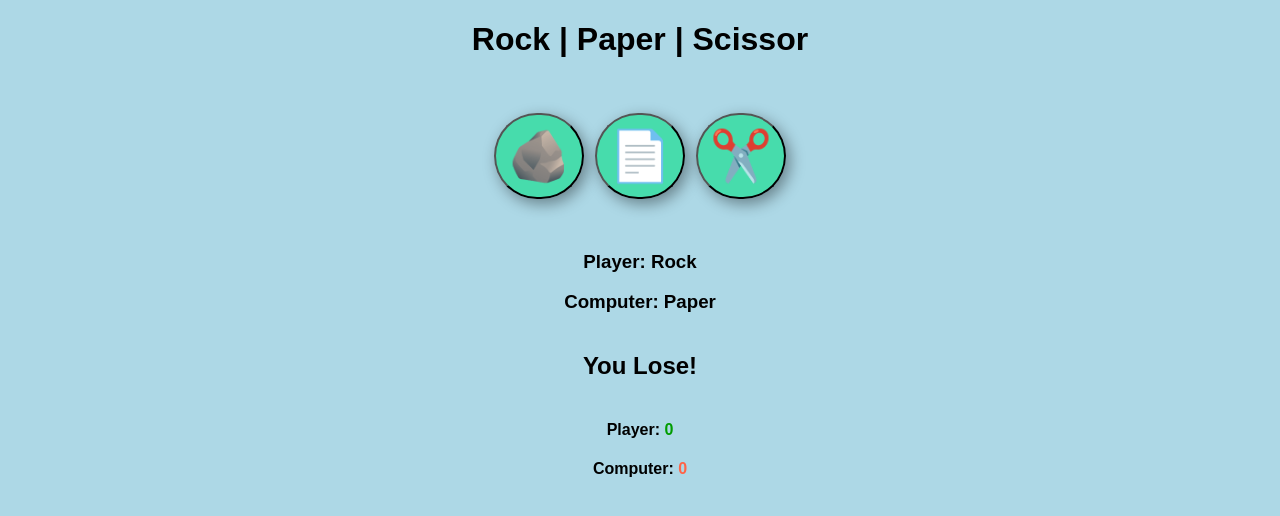
Repository: SakthivelDurai47/Rock-Paper-Sissors
Page: index.html
These files come from the project's save history. The page is drawn as it stood at one moment and after the next save; the edit follows.
The browser window is 1280 px wide. The pictures show the whole page.
After loading, the first visible `button` was clicked once.

Above is the page before, as saved 2025-04-14 23:08:37.

### index.html
<!DOCTYPE html>
<html lang="en">
  <head>
    <meta charset="UTF-8" />
    <meta name="viewport" content="width=device-width, initial-scale=1.0" />
    <title>Rock, Paper, Scissor</title>
    <meta name="aurthor" content="Sakthivel Durai S" />
    <link rel="stylesheet" href="styles.css" />
  </head>
  <body>
    <h1>Rock | Paper | Scissor</h1>
    <div id="choice">
      <button onclick="playGame('Rock')">🪨</button>
      <button onclick="playGame('Paper')">📄</button>
      <button onclick="playGame('Scissor')">✂️</button>
    </div>
    <div id="info">
      <h3 id="playerInfo">Player:</h3>
      <h3 id="computerInfo">Computer:</h3>
    </div>
    <h2 id="result">YO</h2>
    <div id="scores">
      <h4>Player: <span id="scorePlr">0</span></h4>
      <h4>Computer: <span id="scoreCum">0</span></h4>
    </div>
    <script src="index.js"></script>
  </body>
</html>

### styles.css
body {
  margin: 0;
  font-family: Arial, sans-serif;
  display: flex;
  flex-direction: column;
  align-items: center;
  text-align: center;
  background-color: lightblue;
}
#choice {
  margin: 30px;
}
button {
  border-radius: 300px;
  font-size: 50px;
  padding: 12px;
  margin: 3px;
  background-color: hsla(160, 70%, 55%, 0.9);
  box-shadow: 4px 5px 15px rgba(0, 3, 3, 0.4);
  transition: background-color 0.5s ease;
  cursor: pointer;
}
button:hover {
  background-color: turquoise;
  scale: 110%;
}

#scorePlr {
  color: rgb(0, 156, 0);
}

#scoreCum {
  color: tomato;
}
.greenText {
  color: rgb(0, 156, 0);
}
.redText {
  color: tomato;
}

### index.js
const choices = ["Rock", "Paper", "Scissor"];
const playerInfo = document.getElementById("playerInfo");
const computerInfo = document.getElementById("computerInfo");
const result = document.getElementById("result");
const scoreCom = document.getElementById("scoreCum");
const scorePlr = document.getElementById("scorePlr");

function playGame(playerChoice) {
  const computerChoice = choices[Math.floor(Math.random() * 3)];
  let results = "";
  console.log(computerChoice);

  if (playerChoice === computerChoice) {
    results = "It's a Tie";
  } else {
    switch (playerChoice) {
      case "Rock":
        results = computerChoice === "Scissor" ? "You Win!" : "You Lose!";
        break;
      case "Paper":
        results = computerChoice === "Rock" ? "You Win!" : "You Lose!";
        break;
      case "Scissor":
        results = computerChoice === "Paper" ? "You Win!" : "You Lose!";
        break;
    }
  }
  result.classList.remove("greenText", "redText");
  playerInfo.textContent = `Player: ${playerChoice}`;
  computerInfo.textContent = `Computer: ${computerChoice}`;
  result.textContent = results;

  switch (results) {
    case "You Win!":
      result.classList.add("greenText");
      break;
  }
}

After the next save:
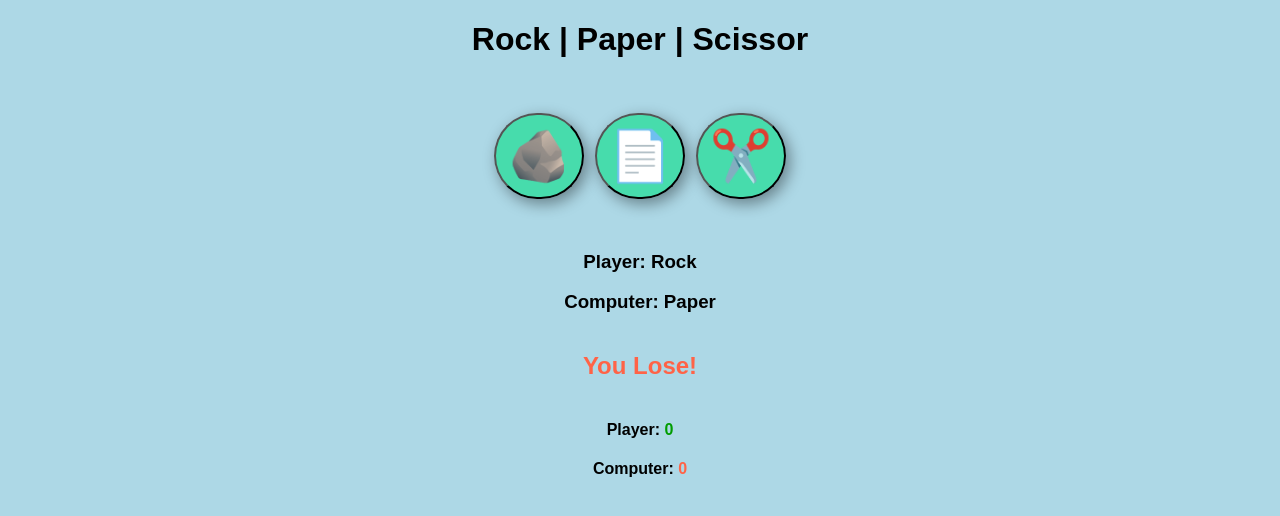
Saved 28 s later.
--- a/index.js
+++ b/index.js
@@ -34,5 +34,8 @@
     case "You Win!":
       result.classList.add("greenText");
       break;
+    case "You Lose!":
+      result.classList.add("redText");
+      break;
   }
 }

After the 3 saves that followed:
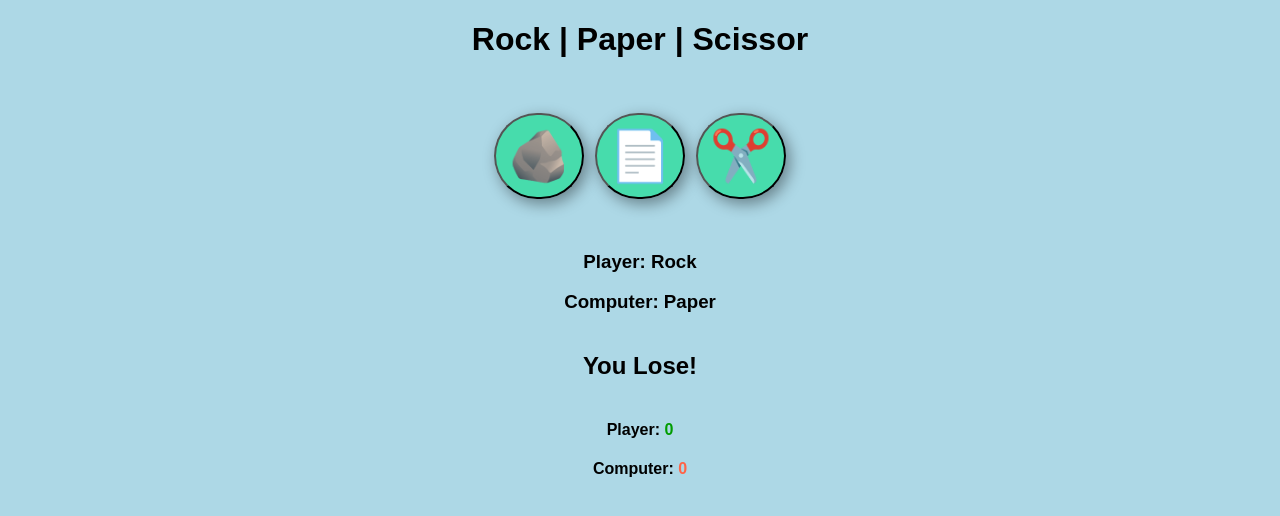
Console error: TypeError: Assignment to constant variable.
The 3 saves are shown as one change because 2 left the picture as it was.
The last was saved 2 min 25 s later.
--- a/index.js
+++ b/index.js
@@ -30,12 +30,11 @@
   computerInfo.textContent = `Computer: ${computerChoice}`;
   result.textContent = results;
 
-  switch (results) {
-    case "You Win!":
-      result.classList.add("greenText");
-      break;
-    case "You Lose!":
-      result.classList.add("redText");
-      break;
+  if (results === "You Win!") {
+    scoreCom++;
+    result.classList.add("greenText");
+  } else if (results === "You Lose!") {
+    scoreCom++;
+    result.classList.add("redText");
   }
 }
